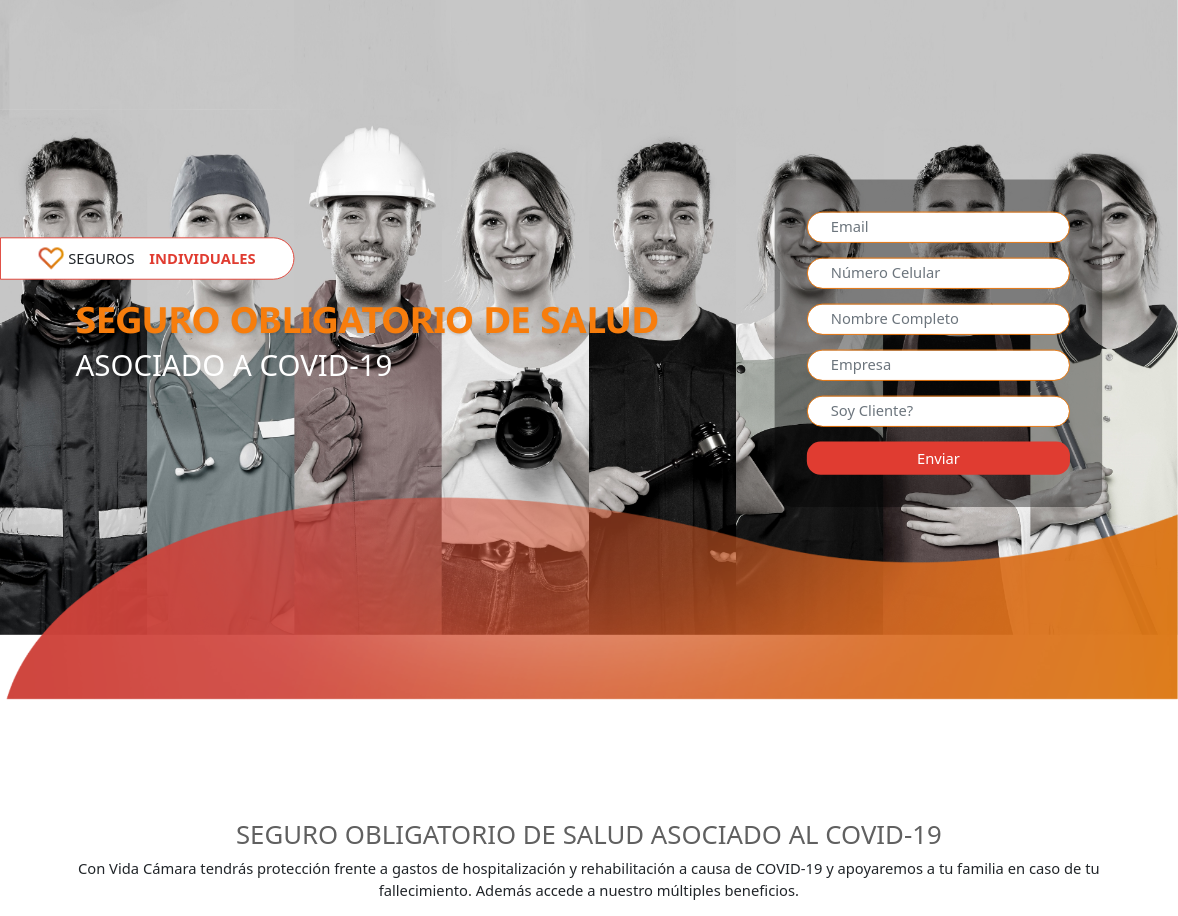
Repository: Darigo30/vidacamara
Page: index.html
These files come from the project's save history. The page is drawn as it stood at one moment and after the next save; the edit follows.
The browser window is 1280 px wide. The pictures show the whole page, at 92% of full size.
Some web fonts or font styles are not loaded; a fallback is used. Some web libraries are served in a nearby version.

Above is the page before, as saved 2021-07-28 22:41:53.
Not found: assets/js/custom.js

### index.html
<!DOCTYPE html>
<html lang="es">
<head>
    <meta charset="UTF-8">
    <link rel= "shortcut icon "type="image/png" href="assets/img/favicon.png">
    <meta name="viewport" content="width=device-width, initial-scale=1.0">
    <link rel="stylesheet" href="css/style.css">
    <title>Vida Cámara</title>
</head>
<body>
    <main>
        <nav class="navbar navb">
            <div class="container">
              <a class="navbar-brand" href="#">
                <img src="/assets/img/logo.png" alt="Logo Vida Camara">
              </a>
            </div>
        </nav>
        <section class="bg-header">
            <div class="seg">
                <img src="assets/img/heart.png">
                <div class="ms-1 text-uppercase">Seguros</div>
                <div class="ms-3 text-uppercase fw-bold"><span>Individuales</span></div>
            </div>
            <div class="container">
                <div class="row cont-form-text">
                    <div class="col-8 d-flex flex-column justify-content-center">
                        <h1>Seguro obligatorio de salud</h1>
                        <h2 class="text-uppercase">Asociado a COVID-19</h2>
                    </div>
                    <div class="col-4">
                        <div class="form">
                            <div class="mb-3">
                                <input type="email" class="form-control rounded-pill br-f" id="exampleFormControlInput1" placeholder="Email">
                            </div>
                            <div class="mb-3">
                                <input type="email" class="form-control rounded-pill br-f" id="exampleFormControlInput1" placeholder="Número Celular">
                            </div>
                            <div class="mb-3">
                                <input type="email" class="form-control rounded-pill br-f" id="exampleFormControlInput1" placeholder="Nombre Completo">
                            </div>
                            <div class="mb-3">
                                <input type="email" class="form-control rounded-pill br-f" id="exampleFormControlInput1" placeholder="Empresa">
                            </div>
                            <div class="mb-3">
                                <input type="email" class="form-control rounded-pill br-f" id="exampleFormControlInput1" placeholder="Soy Cliente?">
                            </div>
                            <button class="btn btn-primary btn-grande">Enviar</button>
                          </div>
                    </div>
                </div>
            </div>
        </section>
        <section class="seguro">
            <!-- <div class="mascara"></div> -->
            <div class="container">
                <div class="row">
                    <div class="col-12">
                        <h3 class="text-center text-uppercase">Seguro obligatorio de salud asociado al COVID-19</h3>
                        <p class="text-center">Con Vida Cámara tendrás protección frente a gastos de hospitalización y rehabilitación a causa de COVID-19 y apoyaremos a tu familia en caso de tu fallecimiento. Además accede a nuestro múltiples beneficios. </p>
                    </div>
                </div>
            </div>
        </section>
    </main>


<link href="https://cdn.jsdelivr.net/npm/bootstrap@5.0.0-beta2/dist/css/bootstrap.min.css" rel="stylesheet" integrity="sha384-BmbxuPwQa2lc/FVzBcNJ7UAyJxM6wuqIj61tLrc4wSX0szH/Ev+nYRRuWlolflfl" crossorigin="anonymous">
<script src="https://cdn.jsdelivr.net/npm/bootstrap@5.0.0-beta2/dist/js/bootstrap.min.js" integrity="sha384-nsg8ua9HAw1y0W1btsyWgBklPnCUAFLuTMS2G72MMONqmOymq585AcH49TLBQObG" crossorigin="anonymous"></script>
<script src="https://cdn.jsdelivr.net/npm/@popperjs/core@2.6.0/dist/umd/popper.min.js" integrity="sha384-KsvD1yqQ1/1+IA7gi3P0tyJcT3vR+NdBTt13hSJ2lnve8agRGXTTyNaBYmCR/Nwi" crossorigin="anonymous"></script>
<script src="https://code.jquery.com/jquery-3.5.1.min.js" integrity="sha256-9/aliU8dGd2tb6OSsuzixeV4y/faTqgFtohetphbbj0=" crossorigin="anonymous"></script>

<!--Mi script-->
<script src="assets/js/custom.js"></script>

</body>
</html>

### css/style.css
:root{
    --body-color: #EBEBEB;
    --color-orange: #F77D0C;
    --color-white: #FFFFFF;
    --color-grey: #606060;
    --color-red: #E03C31;
    --color-par: #5A5B5F;
}
@font-face {
    font-family: 'Segoe UI Regular';
    font-style: normal;
    font-weight: normal;
    src: local('Segoe UI Regular'), url('/assets/fonts/UI.woff') format('woff');
}
@font-face {
    font-family: 'Segoe UI Bold';
    font-style: normal;
    font-weight: normal;
    src: local('Segoe UI Bold'), url('/assets/fonts/Segoe UI Bold.woff') format('woff');
}
@font-face {
    font-family: 'Segoe UI Black';
    font-style: normal;
    font-weight: normal;
    src: local('Segoe UI Black'), url('/assets/fonts/seguibl.woff') format('woff');
}

/*Basics*/

body{
    box-sizing: border-box;
    font-family: 'Segoe UI Regular';
    padding: 0;
    margin: 0;
    font-size: 15px;
    color: var(--color-par);
}
h1{
    font-size: 56px;
    color: var(--color-orange);
    text-shadow: 0px 2px 2px rgba(0, 0, 0, 0.1);
    font-family: 'Segoe UI Black';
    font-family: 'Segoe UI Bold';
    text-transform: uppercase;
}
h2{
    font-size: 41px;
    color: var(--color-white);
}
h3{
    font-size: 40px;
    color: var(--color-grey);
}
h4{
    font-size: 30px;
}
h5{
    font-size: 26px;
}
span{
    color: var(--color-red);
}
/*Header + Banner*/

.navbar.navb {
    position: absolute;
    width: 100%;
    margin-top: 25px;
}
.bg-header{
    background: url(/assets/img/bg-header.jpg) center no-repeat;
    background-size: cover;
    height: 690px;
    display: flex;
    align-items: center;
    position: relative;
}
.form {
    background: #00000061;
    padding: 35px;
    border-radius: 20px;
}
.form-control.br-f {
   border: 1px solid var(--color-orange);
   padding: 3px 25px 5px;
}
.btn.btn-grande{
    background: var(--color-red);
    border: none;
    width: 100%;
    border-radius: 15px;
}
.row.cont-form-text{
    margin-top: 5%;
}
.seg {
    background: white;
    width: 25%;
    position: absolute;
    top: 30%;
    display: flex;
    justify-content: center;
    padding: 10px 10px;
    border-top-right-radius: 25px;
    border-bottom-right-radius: 25px;
    border: 1px solid var(--color-red);
    margin-top: 4%;
}
.bg-header::before{
    content: '';
    background: url(/assets/img/onda.png) bottom no-repeat;
    background-size: auto;
    background-size: auto;
    background-size: 100%;
    position: absolute;
    width: 100%;
    height: 35%;
    z-index: 0;
    bottom: -70px;
}
/*Seccion seguro obligatorio*/
.seguro{
    margin-top: 200px;
}
.mascara{
    position: absolute;
    bottom: -30px;
    background: url(/assets/img/mascara.png);
    background-size: auto;
    background-size: 100% 110px;
    width: 100%;
    height: 110px;
    z-index: 9;
}

After the next save:
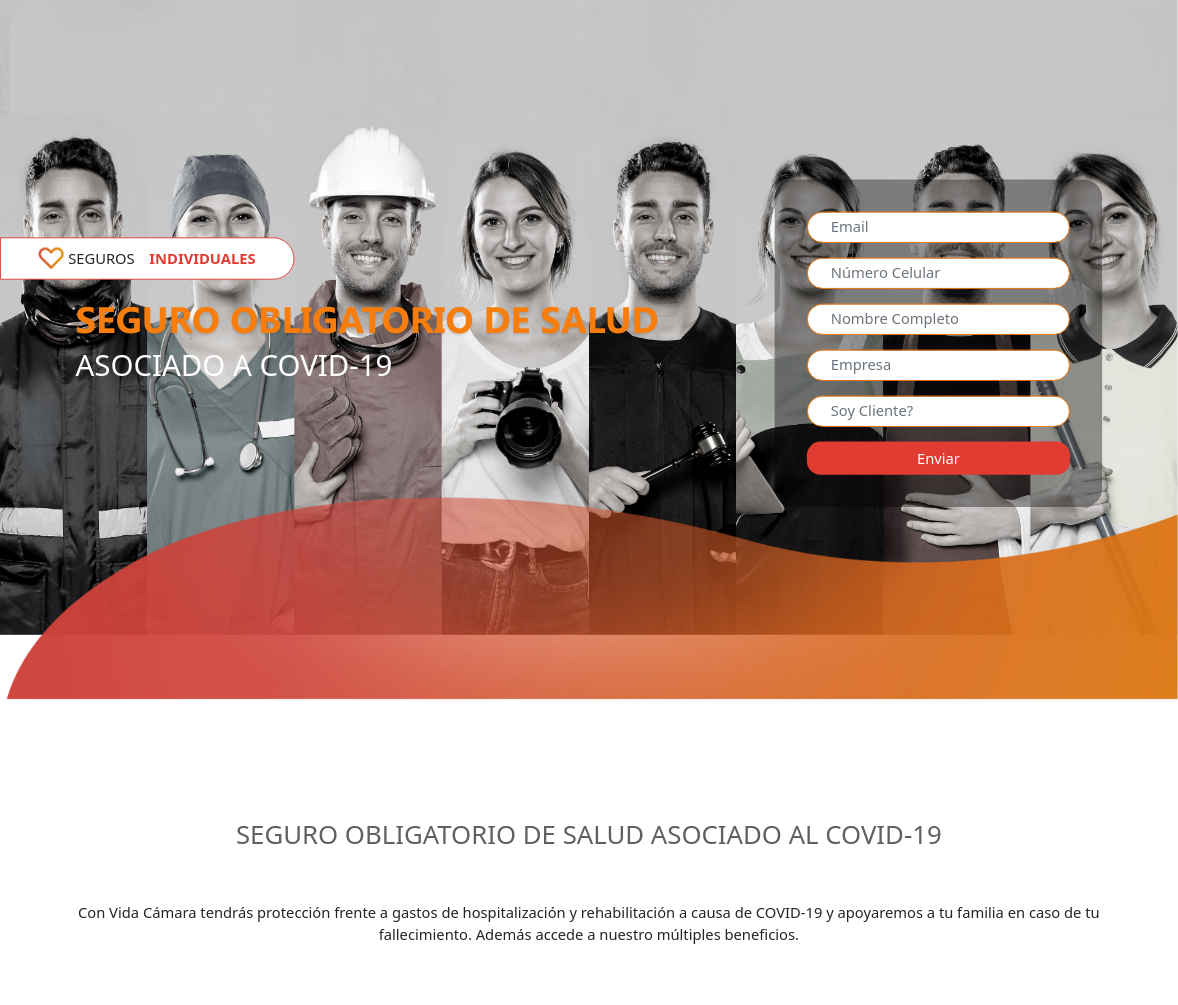
Saved 14 s later.
--- a/index.html
+++ b/index.html
@@ -57,7 +57,7 @@
                 <div class="row">
                     <div class="col-12">
                         <h3 class="text-center text-uppercase">Seguro obligatorio de salud asociado al COVID-19</h3>
-                        <p class="text-center">Con Vida Cámara tendrás protección frente a gastos de hospitalización y rehabilitación a causa de COVID-19 y apoyaremos a tu familia en caso de tu fallecimiento. Además accede a nuestro múltiples beneficios. </p>
+                        <p class="text-center py-5">Con Vida Cámara tendrás protección frente a gastos de hospitalización y rehabilitación a causa de COVID-19 y apoyaremos a tu familia en caso de tu fallecimiento. Además accede a nuestro múltiples beneficios. </p>
                     </div>
                 </div>
             </div>
